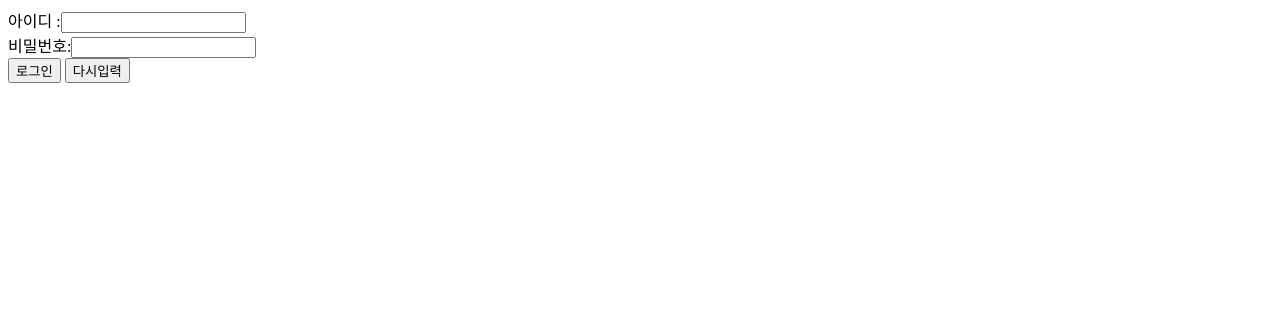
Repository: roditee/backend_ex
Page: Servlet01/src/main/webapp/bookForm.html
The author's editor kept a copy of each file at every save. The page is drawn from the files as they stood at one save, then again after the next save.
The browser window is 1280 px wide. The pictures show the whole page.

Above is the page before, as saved 2021-12-27 05:27:17.

### Servlet01/src/main/webapp/bookForm.html
<!DOCTYPE html>
<html>
	<head>
		<meta charset="UTF-8">
		<title>로그인창</title>
	</head>
	<body>
	  <form name="formLogin" method="post" action="login" >
		   아이디  :<input type="text" name="user_id"><br>
	     비밀번호:<input type="password" name="user_pw" ><br>
	    <input type="submit" value="로그인">  <input type="reset" value="다시입력">
	  </form>
	</body>
</html>

After the next save:
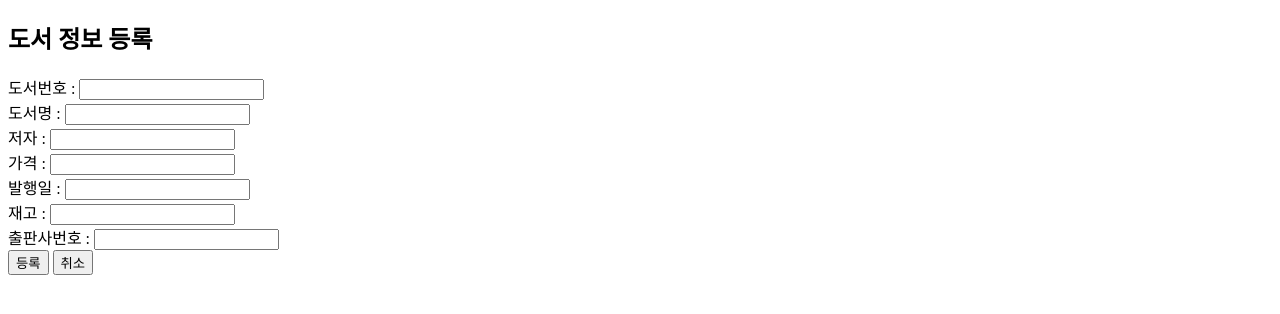
Saved 2 min 25 s later.
--- a/Servlet01/src/main/webapp/bookForm.html
+++ b/Servlet01/src/main/webapp/bookForm.html
@@ -6,9 +6,15 @@
 	</head>
 	<body>
 	  <form name="formLogin" method="post" action="login" >
-		   아이디  :<input type="text" name="user_id"><br>
-	     비밀번호:<input type="password" name="user_pw" ><br>
-	    <input type="submit" value="로그인">  <input type="reset" value="다시입력">
+	  	<h2>도서 정보 등록</h2>
+	  	도서번호 : <input type="text" name="book_no"><br>
+	  	도서명 : <input type="text" name="book_name" ><br>
+	  	저자 : <input type="text" name="book_no"><br>
+	  	가격 : <input type="text" name="book_no"><br>
+	  	발행일 : <input type="text" name="book_no"><br>
+	  	재고 : <input type="text" name="book_no"><br>
+	  	출판사번호 : <input type="text" name="book_no"><br>
+	    <input type="submit" value="등록">  <input type="reset" value="취소">
 	  </form>
 	</body>
 </html>
